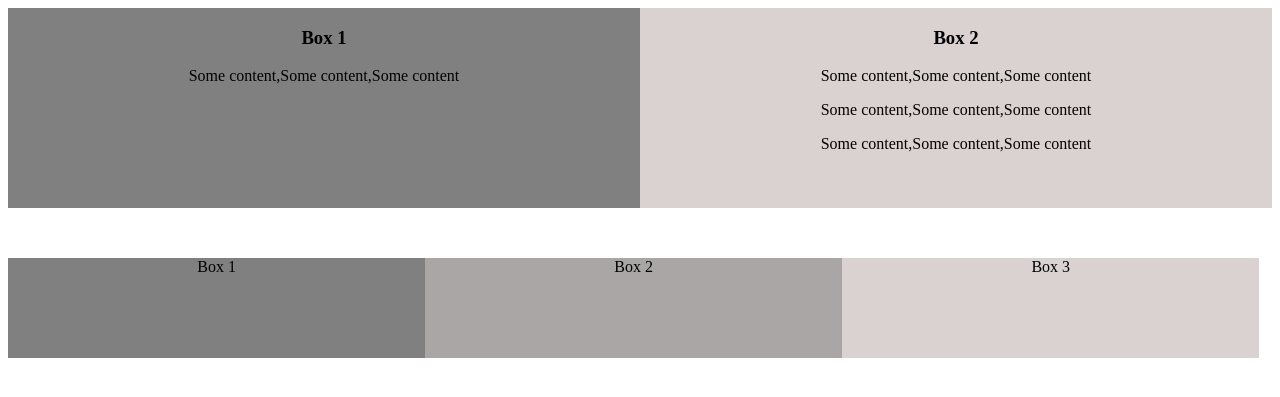
Repository: LongNguyen2504/T3H-FrondEnd
Page: Lesson4_CSS_Lecture.html
These files come from the project's save history. The page is drawn as it stood at one moment and after the next save; the edit follows.
The browser window is 1280 px wide. The pictures show the whole page.

Above is the page before, as saved 2021-12-03 22:11:43.

### Lesson4_CSS_Lecture.html
<!DOCTYPE html>
<html lang="en">
<head>
    <meta charset="UTF-8">
    <meta http-equiv="X-UA-Compatible" content="IE=edge">
    <meta name="viewport" content="width=device-width, initial-scale=1.0">
    <title>Document</title>
    <style>
        /* .ancestor-div{
            width: 100%;
            height: 100%;
            float:left;
            background-color: blueviolet;

        }
        .test{
            float: left;
            width: 30%;
            height: 180px;
            display: inline-block;
            text-align: center;
            padding: 30px;
        } */
        .ancestor{
            width: 100%;
            /* overflow: auto; */

        }
        .box1{
            float: left;
            width: 50%;
            height: 200px;
            text-align: center;

            /* overflow: auto; */

        }
        .box2{
            margin-top: 50px;
            float: left;
            width: 33%;
            height: 100px;
            text-align: center;


        }
        /* h3{
            height: 10px;
        }
        p{

            height: 10px;
        } */
    </style>
</head>
<body>
    <!-- <div class="ancestor-div">
        <div class="test" style="background-color: bisque;">Test1</div>
        <div class="test" style="background-color: aqua;">Test2</div>
        <div class="test" style="background-color: brown;">Test3</div>
    </div> -->
    <div class="ancestor">
        <div class="box1" style="background-color: gray;">
            <h3>Box 1</h3>
            <p>Some content,Some content,Some content</p>
        </div>
        <div class="box1" style="background-color: rgb(218, 209, 209);">
            <h3>Box 2</h3>
            <p>Some content,Some content,Some content</p>
            <p>Some content,Some content,Some content</p>
            <p>Some content,Some content,Some content</p>
        </div>
    </div>
    <div class="ancestor">
        <div class="box2" style="background-color: gray;">Box 1</div>
        <div class="box2" style="background-color: rgb(170, 166, 166);">Box 2</div>
        <div class="box2" style="background-color: rgb(218, 209, 209);">Box 3</div>
    </div>

</body>
</html>

After the next save:
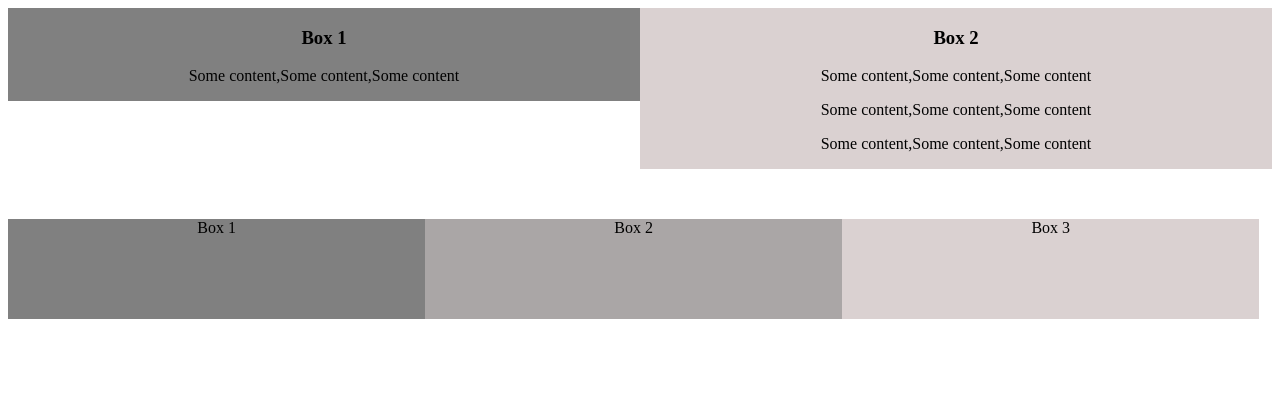
Saved 21 h 5 min later.
--- a/Lesson4_CSS_Lecture.html
+++ b/Lesson4_CSS_Lecture.html
@@ -29,7 +29,7 @@
         .box1{
             float: left;
             width: 50%;
-            height: 200px;
+            /* height: 200px; */
             text-align: center;
 
             /* overflow: auto; */
